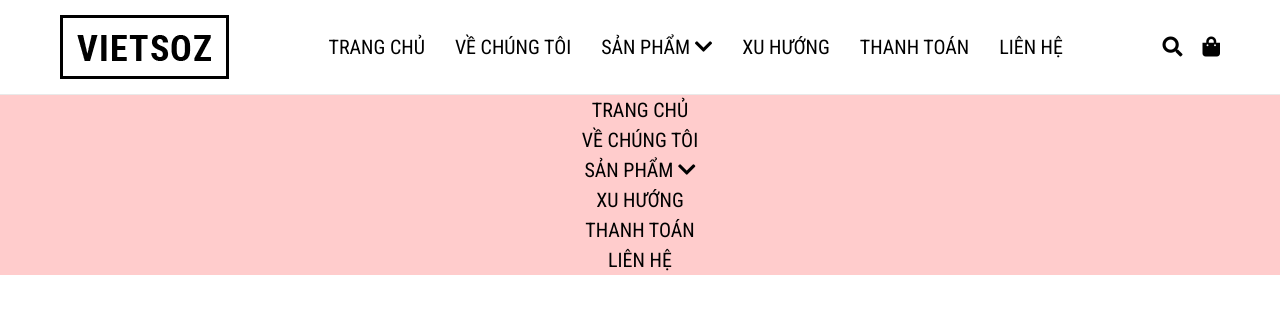
Repository: vinhtk0209/Vietsoz-reponsive
Page: index.html
An editor plug-in stored every save of this project. The page is shown before and after the next save, followed by the edit.
The browser window is 1280 px wide. The pictures show the whole page.

Above is the page before, as saved 2021-10-23 17:40:35.

### index.html
<!DOCTYPE html>
<html lang="en">
  <head>
    <meta charset="UTF-8" />
    <meta http-equiv="X-UA-Compatible" content="IE=edge" />
    <meta name="viewport" content="width=device-width, initial-scale=1.0" />
    <link rel="stylesheet" href="assets/css/reset.css" />
    <link rel="stylesheet" href="assets/css/global.css" />
    <link rel="stylesheet" href="assets/css/main.css" />
    <link rel="stylesheet" href="assets/fontawesome/css/all.css" />
    <link rel="stylesheet" href="assets/css/reponsive.css">
    <link rel="preconnect" href="https://fonts.googleapis.com" />
    <link rel="preconnect" href="https://fonts.gstatic.com" crossorigin />
    <link
      href="https://fonts.googleapis.com/css2?family=Roboto:ital,wght@0,100;0,300;0,400;0,500;0,700;0,900;1,100;1,300;1,400;1,500;1,700;1,900&display=swap"
      rel="stylesheet"
    />
    <link rel="preconnect" href="https://fonts.googleapis.com" />
    <link rel="preconnect" href="https://fonts.gstatic.com" crossorigin />
    <link
      href="https://fonts.googleapis.com/css2?family=Roboto+Condensed:ital,wght@0,300;0,400;0,700;1,300;1,400;1,700&display=swap"
      rel="stylesheet"
    />
    <div id="fb-root"></div>
    <script
      async
      defer
      crossorigin="anonymous"
      src="https://connect.facebook.net/vi_VN/sdk.js#xfbml=1&version=v11.0"
      nonce="ecJjSUD8"
    ></script>
    <script
    src="https://code.jquery.com/jquery-3.6.0.js"
    integrity="sha256-H+K7U5CnXl1h5ywQfKtSj8PCmoN9aaq30gDh27Xc0jk="
    crossorigin="anonymous"
  ></script>
    <title>VIESOZ</title>
  </head>

  <body>
    <!-- wrapper starts -->
    <div class="wrapper">
      <!-- header starts -->
      <header class="header">
        <div class="container">
          <div
            class="wp-header-top d-flex align-i-center justify-content-between"
          >
            <div class="header-banner">
              <img src="assets/images/logo.png" alt="" />
            </div>
            <nav class="header-main-menu">
              <ul class="d-flex main-menu">
                <li><a href="">trang chủ</a></li>
                <li><a href="">về chúng tôi</a></li>
                <li class="product-have-menu">
                  <a href=""
                    >sản phẩm
                    <span class="arrow-down"
                      ><i class="fas fa-chevron-down"></i></span
                  ></a>

                </li>

                <li><a href="">xu hướng</a></li>
                <li><a href="">thanh toán</a></li>
                <li><a href="">liên hệ</a></li>

              </ul>

            </nav>
              <nav class="header-main-menu reponsive">
              <ul class="main-menu sub">
                <li><a href="">trang chủ</a></li>
                <li><a href="">về chúng tôi</a></li>
                <li class="product-have-menu">
                  <a href=""
                    >sản phẩm
                    <span class="arrow-down"
                      ><i class="fas fa-chevron-down"></i></span
                  ></a>

                </li>

                <li><a href="">xu hướng</a></li>
                <li><a href="">thanh toán</a></li>
                <li><a href="">liên hệ</a></li>

              </ul>

            </nav>
            <ul class="icon-menu d-flex">
              <li>
                <a href=""
                  ><span class="search"><i class="fas fa-search"></i></span
                ></a>
              </li>
              <li>
                <a href="" class="shopping-cart"
                  ><span class="icon-cart"
                    ><i class="fas fa-shopping-bag"></i></span
                ></a>
              </li>
            </ul>
            <div class="nav-bar">
              <i class="fas fa-bars"></i>
            </div>
          </div>
        </div>
        <div class="wp-head-extra-menu">
          <ul class="list-menu-header-extra d-flex container">
            <li>
              <a href="">
                <span class="home-icon">
                  <i class="fas fa-home"></i>
                </span>
              </a>
            </li>

            <li class="home-text">
              <a href="">trang chủ</a>
            </li>
            <li>
              <a href="">
                <span class="arrow-righ">
                  <i class="fas fa-arrow-right"></i>
                </span>
              </a>
            </li>
            <li class="trend">
              <a href="">Xu hướng</a>
            </li>
          </ul>
        </div>

      </header>
      <!-- header ends -->

      <!-- content starts -->
      <!-- wp-content starts -->


      <!-- wp-content ends -->

      <!-- sidebar starts -->


      <!-- sidebar ends -->

      <!-- content ends -->

    </div>
    <!-- wrapper ends -->
    <script src="assets/js/main.js"></script>

  </body>
</html>

### assets/css/reset.css
/*
 * Bootstrap Reboot v4.3.1 (https://getbootstrap.com/)
 * Copyright 2011-2019 The Bootstrap Authors
 * Copyright 2011-2019 Twitter, Inc.
 * Licensed under MIT (https://github.com/twbs/bootstrap/blob/master/LICENSE)
 * Forked from Normalize.css, licensed MIT (https://github.com/necolas/normalize.css/blob/master/LICENSE.md)
 */

*,
*::before,
*::after {
    box-sizing: border-box;
}

html {
    font-family: sans-serif;
    line-height: 1.15;
    -webkit-text-size-adjust: 100%;
    -webkit-tap-highlight-color: rgba(0, 0, 0, 0);
}

article,
aside,
figcaption,
figure,
footer,
header,
hgroup,
main,
nav,
section {
    display: block;
}

body {
    margin: 0;
    font-family: -apple-system, BlinkMacSystemFont, "Segoe UI", Roboto, "Helvetica Neue", Arial, "Noto Sans", sans-serif, "Apple Color Emoji", "Segoe UI Emoji", "Segoe UI Symbol", "Noto Color Emoji";
    font-size: 1rem;
    font-weight: 400;
    line-height: 1.5;
    color: #212529;
    text-align: left;
    background-color: #fff;
}

[tabindex="-1"]:focus {
    outline: 0 !important;
}

hr {
    box-sizing: content-box;
    height: 0;
    overflow: visible;
}

h1,
h2,
h3,
h4,
h5,
h6 {
    margin-top: 0;
    margin-bottom: 0.5rem;
}

p {
    margin-top: 0;
    margin-bottom: 1rem;
}

abbr[title],
abbr[data-original-title] {
    text-decoration: underline;
    -webkit-text-decoration: underline dotted;
    text-decoration: underline dotted;
    cursor: help;
    border-bottom: 0;
    -webkit-text-decoration-skip-ink: none;
    text-decoration-skip-ink: none;
}

address {
    margin-bottom: 1rem;
    font-style: normal;
    line-height: inherit;
}

ol,
ul,
dl {
    margin-top: 0;
    margin-bottom: 1rem;
}

ol ol,
ul ul,
ol ul,
ul ol {
    margin-bottom: 0;
}

dt {
    font-weight: 700;
}

dd {
    margin-bottom: .5rem;
    margin-left: 0;
}

blockquote {
    margin: 0 0 1rem;
}

b,
strong {
    font-weight: bolder;
}

small {
    font-size: 80%;
}

sub,
sup {
    position: relative;
    font-size: 75%;
    line-height: 0;
    vertical-align: baseline;
}

sub {
    bottom: -.25em;
}

sup {
    top: -.5em;
}

a {
    color: #007bff;
    text-decoration: none;
    background-color: transparent;
}

a:hover {
    color: #0056b3;
    text-decoration: underline;
}

a:not([href]):not([tabindex]) {
    color: inherit;
    text-decoration: none;
}

a:not([href]):not([tabindex]):hover,
a:not([href]):not([tabindex]):focus {
    color: inherit;
    text-decoration: none;
}

a:not([href]):not([tabindex]):focus {
    outline: 0;
}

pre,
code,
kbd,
samp {
    font-family: SFMono-Regular, Menlo, Monaco, Consolas, "Liberation Mono", "Courier New", monospace;
    font-size: 1em;
}

pre {
    margin-top: 0;
    margin-bottom: 1rem;
    overflow: auto;
}

figure {
    margin: 0 0 1rem;
}

img {
    vertical-align: middle;
    border-style: none;
}

svg {
    overflow: hidden;
    vertical-align: middle;
}

table {
    border-collapse: collapse;
}

caption {
    padding-top: 0.75rem;
    padding-bottom: 0.75rem;
    color: #6c757d;
    text-align: left;
    caption-side: bottom;
}

th {
    text-align: inherit;
}

label {
    display: inline-block;
    margin-bottom: 0.5rem;
}

button {
    border-radius: 0;
}

button:focus {
    outline: 1px dotted;
    outline: 5px auto -webkit-focus-ring-color;
}

input,
button,
select,
optgroup,
textarea {
    margin: 0;
    font-family: inherit;
    font-size: inherit;
    line-height: inherit;
}

button,
input {
    overflow: visible;
}

button,
select {
    text-transform: none;
}

select {
    word-wrap: normal;
}

button,
[type="button"],
[type="reset"],
[type="submit"] {
    -webkit-appearance: button;
}

button:not(:disabled),
[type="button"]:not(:disabled),
[type="reset"]:not(:disabled),
[type="submit"]:not(:disabled) {
    cursor: pointer;
}

button::-moz-focus-inner,
[type="button"]::-moz-focus-inner,
[type="reset"]::-moz-focus-inner,
[type="submit"]::-moz-focus-inner {
    padding: 0;
    border-style: none;
}

input[type="radio"],
input[type="checkbox"] {
    box-sizing: border-box;
    padding: 0;
}

input[type="date"],
input[type="time"],
input[type="datetime-local"],
input[type="month"] {
    -webkit-appearance: listbox;
}

textarea {
    overflow: auto;
    resize: vertical;
}

fieldset {
    min-width: 0;
    padding: 0;
    margin: 0;
    border: 0;
}

legend {
    display: block;
    width: 100%;
    max-width: 100%;
    padding: 0;
    margin-bottom: .5rem;
    font-size: 1.5rem;
    line-height: inherit;
    color: inherit;
    white-space: normal;
}

progress {
    vertical-align: baseline;
}

[type="number"]::-webkit-inner-spin-button,
[type="number"]::-webkit-outer-spin-button {
    height: auto;
}

[type="search"] {
    outline-offset: -2px;
    -webkit-appearance: none;
}

[type="search"]::-webkit-search-decoration {
    -webkit-appearance: none;
}

::-webkit-file-upload-button {
    font: inherit;
    -webkit-appearance: button;
}

output {
    display: inline-block;
}

summary {
    display: list-item;
    cursor: pointer;
}

template {
    display: none;
}

[hidden] {
    display: none !important;
}


/*# sourceMappingURL=bootstrap-reboot.css.map */

### assets/css/global.css
/* .text-center{
    text-align: center;
}
.text-left{
    text-align: left;
}
.text-right{
    text-align: right;
}
.float-left{
    float:left;

}
.float-right{
    float:right;
}
.container{
    width:1150px;
    margin:0px auto;


}
.flex-space{
    display:flex;
    justify-content:space-between;
}
.align-i-center{
    align-items: center;
}
.mg-top-30{
    margin-top: 30px;
}
.mg-top-22{
    margin-top: 22px;
}
.d-flex{
    display:flex;
}
.bg-black{

    background-color: #131619;
}
.pt-10{
    padding-top: 10px;
} */
.container {
    max-width: 1200px;

    margin: 0px auto;
    /* display:flex; */

}

.justify-content-between {
    justify-content: space-between;
}

.d-flex {
    display: flex;
}

.jus-between {
    justify-content: space-between;
}

.align-i-center {
    align-items: center;
}

.mg-bottom-80 {
    margin-bottom: 80px;
}

.fl-basics-30 {
    flex-basis: 30%;
}

.pd-top-40 {
    padding-top: 40px;
}
.pd-top-10{
    padding-top:10px;
}
.text-center {
    text-align: center;
}

### assets/css/main.css
* {
    margin: 0;
    padding: 0;
}

body {
    /* font-family: 'Roboto', sans-serif; */
    line-height: 1.5;
}

ul {
    list-style-type: none;
    margin-bottom: 0px;
}

p,
h1,
h2,
h4 {
    margin-bottom: 0px;
}

.header {
    font-family: 'Roboto Condensed', sans-serif;
    margin-bottom: 45px;
    padding:15px 0;
   position: relative;

}

.wp-header-top {
    width: 100%;
    /* display:flex; */
    /* min-height: 110px; */
    margin-bottom: 15px;
    padding:0 20px;
}

.header-main-menu ul  {
    gap:0 30px;
}

.header-main-menu ul li a {
    text-decoration: none;
    font-size: 20px;
    text-transform: uppercase;
    font-weight: 400;
    color: #000000;

}
.wp-header-top ul.icon-menu  {
    gap:0 20px;
}
.wp-header-top ul.icon-menu li a  {
    font-size: 20px;
    color: #000000;

}


.header-main-menu ul li a span.search {
    font-size: 15px;
}

.header-main-menu ul li a span.icon-cart {
    font-size: 25px;
}
.header-main-menu.reponsive{
    /* display: none; */
    position: absolute;
    top: 58%;
    background-color: 	#FFCCCC;
    width: 100%;
    left:0;
    text-align: center;
    /* padding: 20px  0; */
}

.nav-bar{
    display: none;
    font-size: 20px;
    color: #000000;
    cursor: pointer;
}



.wp-head-extra-menu {
    background-color: #e9e9e9;
    min-height: 50px;
    padding:0 20px;
}

ul.list-menu-header-extra li:not(:first-child) {
    padding-left: 15px;
}

ul.list-menu-header-extra li {
    padding: 15px 0px;

}

ul.list-menu-header-extra {
    margin-bottom: 0px;
}

ul.list-menu-header-extra li a {
    text-decoration: none;
    font-size: 17px;
    color: #222222;
    font-weight: 400;
    box-sizing: border-box;
}


#content {
    font-family: 'Roboto', sans-serif;
}

.wp-content-news {
    max-width: 820px;

}

.wp-content-news ul.list-news li {
    display: flex;
    min-height: 227px;
    padding-bottom: 15px;
    border-bottom: 1px solid #a69e9e;
    margin-bottom: 20px;
    overflow: hidden;
}

.wp-content-news ul.list-news li:last-child {
    border: none;

}
.wp-content-news ul.list-news .image-news a{
    display:block;
    transition:transform 1s;

}
.wp-content-news ul.list-news .image-news a:hover{
    transform: scale(1.05);
}
.wp-content-news ul.list-news li .more-info a.title {
    padding-bottom: 15px;
    font-size: 24px;
    font-weight: 500;
    color: #333333;
    text-decoration: none;
}

.wp-content-news ul.list-news li .more-info p.date {
    font-size: 13px;
    color: #a69e9e;
    font-weight: 300;
}

.wp-content-news ul.list-news li .more-info p.content {
    padding-top: 25px;
    font-size: 14px;
    font-weight: 400;
    margin-bottom: 0px;
    color: #777777;

}

.wp-content-news ul.list-news li {
    font-weight: 400;
}

.wp-content-news ul.list-news li a {
    text-decoration: none;
}

.wp-content-news ul.list-news li .more-info {
    padding-left: 15px;

}

.wp-content-news .pages-num li:first-child {
    margin-right: 12px;
    font-size: 14px;
    text-transform: capitalize;

}

.wp-content-news .pages-num a {
    text-decoration: none;
}

.wp-content-news .pages-num li:not(:first-child) {
    margin-left: 7px;
    font-size: 13px;
    padding: 5px 12px;
    border: 1px solid #e9e9e9;
    transition: all 0.5s;

}

.wp-content-news .pages-num li:not(:first-child):hover {
    background-color: #272727;

}

.wp-content-news .pages-num li:not(:first-child):hover a {
    color: #ffffff;
}

.wp-content-news .pages-num li:not(:first-child) a {
    color: #0b0b0b;
}

.wp-content-list-caterory {
    /* padding-left: 90px; */
    font-weight: bold;
    max-width: 310px;
}

.wp-content-list-caterory .box-caterory {
    margin-bottom: 50px;
}

.wp-content-list-caterory .box-caterory .box-title {
    padding-top: 20px;
    padding-bottom: 20px;
    padding-left: 25px;
    background-color: #283943;
    color: #ffffff;


}

.wp-content-list-caterory .box-caterory .box-title h3 {
    margin-bottom: 0;
    font-size: 21px;

    text-transform: uppercase;

}

.wp-content-list-caterory .box-caterory .box-body ul {
    padding-left: 25px;
    padding-top: 20px;
    padding-bottom: 20px;
    padding-right: 15px;
    border: 1px solid #a69e9e;

}

.wp-content-list-caterory .box-caterory .box-body ul li {
    border-bottom: 1px solid #a69e9e;
    padding-bottom: 10px;


}

.box-caterory .box-body ul li:not(:first-child) {
    margin-top: 10px;

}

.box-caterory .box-body ul li a span.arrow-right {
    float: right;

}

.wp-content-list-caterory .box-caterory .box-body ul li a {
    text-decoration: none;
    color: #333333;
    text-transform: uppercase;
    font-size: 14px;
    transition: all 0.5s;
}

.box-caterory .box-body ul li:hover a {
    color: #d5be00;
}

.box-caterory .box-body ul li:hover {
    border-bottom: 1px solid #d5be00;
}

.box-banner {
    margin-bottom: 45px;
}


.list-product {
    border: 1px solid #a69e9e;

}

.list-product ul li {
    display: flex;
}

.list-product ul li a.title {
    font-size: 14px;
    text-decoration: none;
}

.wp-content-list-caterory .box-product {
    font-weight: 500;
}

.wp-content-list-caterory .box-product .box-title {
    padding-top: 20px;
    padding-bottom: 20px;
    padding-left: 25px;
    background-color: #283943;
    color: #ffffff;
    text-transform: uppercase;
}

.box-product {}

.box-product .box-body ul {
    padding: 10px 15px;
}

.box-product .box-body ul li {
    border-bottom: 1px solid #a69e9e;
    padding-bottom: 20px;
    margin-bottom: 10px;
}

.box-product .box-body ul li:last-child {
    border: none;
}

.box-product .box-body .image-product {
    margin-right: 10px;
}

.box-product .box-body .info-product a.title {
    color: #272727;
    font-size: 14px;
    padding-bottom: 15px;
    display: block;
}

.box-product .box-body .info-product p {
    padding-bottom: 4px;
    display: block;
}

.box-product .box-body .info-product p.price:not(span.discount) {
    font-size: 15px;
    color: #d40707;
    padding-right: 8px;
}

.box-product .box-body .info-product span.discount {
    font-size: 12px;
    color: #909090;
}

.box-product .box-body .info-product a.details {
    font-size: 13px;
    color: #00708c;
    text-decoration: underline;
    /* margin:0; */
}

.box-product .box-body .info-product span.buy-arrow-right {
    padding-left: 2px;
}

.footer {
    background-color: #1b1b1b;
    min-height: 410px;
    padding-top: 70px;
    color: #ffffff;
    font-size: 16px;
    font-weight: 300;
}

.footer a {
    text-decoration: none;
    color: #ffffff;
}
.footer h3{
    font-size: 28px;
    text-transform: uppercase;
}
.footer ul {
    list-style: circle;
}
.footer ul.footer-caterory li:not(:first-child){
    padding-top:15px;

}
.footer ul.footer-seller li:not(:first-child){
    padding-top:15px;
}
.footer .footer-facebook{
    padding-top:90px;
}
.copyright{
    min-height: 50px;
    background-color:#ffffff;
}

/* .footer .box-body ul.footer-caterory{
    list-style:  circle;
}


} */

### assets/css/reponsive.css
@media screen and (max-width: 1040px) {
    nav.header-main-menu{
        display: none;
    }
    .nav-bar{
        display: block;
    }
}

### assets/js/main.js
$(document).ready(function() {
    $('.nav-bar').click(function(){
        $('.header-main-menu.reponsive').slideToggle();
    });
});

Loaded but not shown: assets/fontawesome/css/all.css (library)

After the next save:
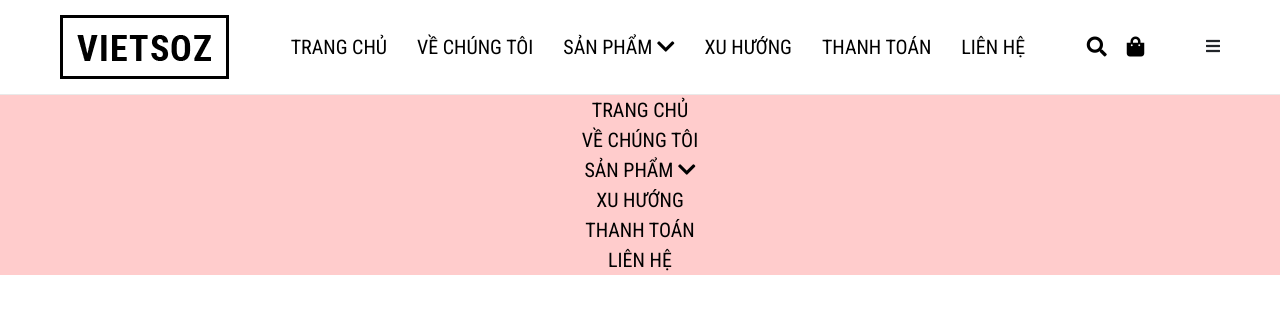
Saved 7 s later.
--- a/assets/css/main.css
+++ b/assets/css/main.css
@@ -75,7 +75,7 @@
     text-align: center;
     /* padding: 20px  0; */
 }
-
+.header-main-menu.reponsive
 .nav-bar{
     display: none;
     font-size: 20px;

After the 3 saves that followed:
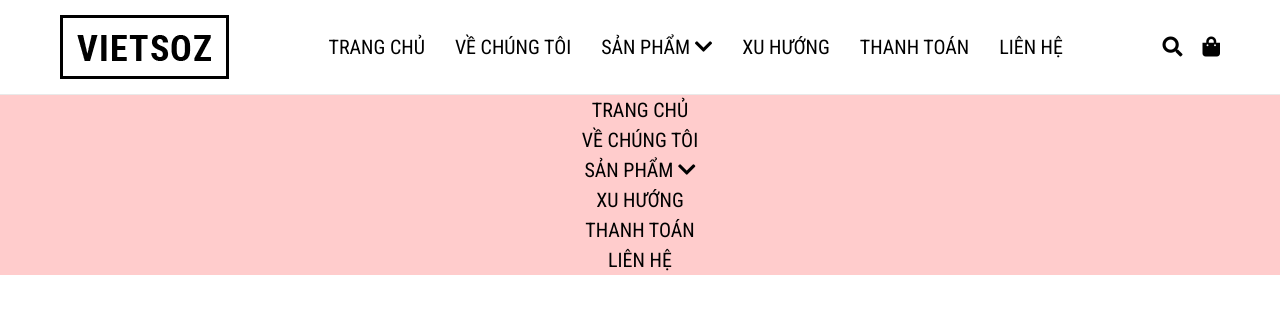
The 3 saves are shown as one change because they came seconds apart.
The last was saved 10 s later.
--- a/assets/css/main.css
+++ b/assets/css/main.css
@@ -75,7 +75,9 @@
     text-align: center;
     /* padding: 20px  0; */
 }
-.header-main-menu.reponsive
+.header-main-menu.reponsive ul li a{
+
+}
 .nav-bar{
     display: none;
     font-size: 20px;
